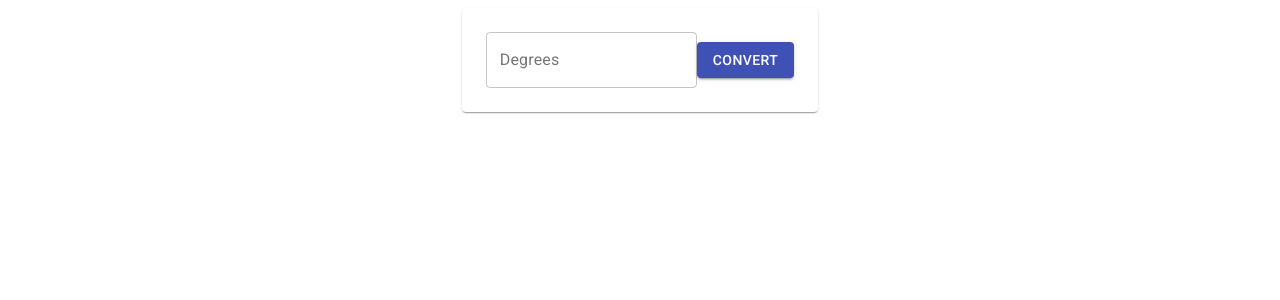
Repository: zum281/temperature-converter
Page: /
These files come from the project's save history. The page is drawn as it stood at one moment and after the next save; the edit follows.
The browser window is 1280 px wide. The pictures show the whole page.
The project was rebuilt for these pictures with package versions that can differ from the ones it lists, and the page was loaded fresh each time. Also part of the build but not shown: src/index.css.

Above is the page before, as saved 2021-07-09 13:15:56.

### public/index.html
<!DOCTYPE html>
<html lang="en">

  <head>
    <meta charset="utf-8" />
    <link rel="icon" href="%PUBLIC_URL%/favicon.ico" />
    <meta name="viewport" content="width=device-width, initial-scale=1" />
    <meta name="theme-color" content="#000000" />
    <meta name="description" content="Web site created using create-react-app" />
    <link rel="apple-touch-icon" href="%PUBLIC_URL%/logo192.png" />
    <!--
      manifest.json provides metadata used when your web app is installed on a
      user's mobile device or desktop. See https://developers.google.com/web/fundamentals/web-app-manifest/
    -->
    <link rel="manifest" href="%PUBLIC_URL%/manifest.json" />
    <!--
      Notice the use of %PUBLIC_URL% in the tags above.
      It will be replaced with the URL of the `public` folder during the build.
      Only files inside the `public` folder can be referenced from the HTML.

      Unlike "/favicon.ico" or "favicon.ico", "%PUBLIC_URL%/favicon.ico" will
      work correctly both with client-side routing and a non-root public URL.
      Learn how to configure a non-root public URL by running `npm run build`.
    -->
    <link rel="stylesheet" href="https://fonts.googleapis.com/css?family=Roboto:300,400,500,700&display=swap" />
    <title>Temperature Converter</title>
  </head>

  <body>
    <noscript>You need to enable JavaScript to run this app.</noscript>
    <div id="root"></div>
    <!--
      This HTML file is a template.
      If you open it directly in the browser, you will see an empty page.

      You can add webfonts, meta tags, or analytics to this file.
      The build step will place the bundled scripts into the <body> tag.

      To begin the development, run `npm start` or `yarn start`.
      To create a production bundle, use `npm run build` or `yarn build`.
    -->
  </body>

</html>

### src/App.js
import { makeStyles } from "@material-ui/core/styles";
import {
    Paper,
    Button,
    OutlinedInput,
    InputLabel,
    FormControl,
} from "@material-ui/core";

const useStyles = makeStyles((theme) => {
    return {
        root: {
            display: "flex",
            alignItems: "center",
            justifyContent: "center",
        },
        paper: {
            padding: theme.spacing(3),
            maxWidth: "600px",
        },
        form: {
            display: "flex",
            alignItems: "center",
            justifyContent: "center",
        },
    };
});

function App() {
    const classes = useStyles();
    return (
        <div className={classes.root}>
            <Paper className={classes.paper}>
                <form noValidate autoComplete="off" className={classes.form}>
                    <FormControl variant="outlined">
                        <InputLabel htmlFor="degrees">Degrees</InputLabel>
                        <OutlinedInput type="number" id="degrees" />
                    </FormControl>

                    <Button variant="contained" color="primary">
                        convert
                    </Button>
                </form>
            </Paper>
        </div>
    );
}

export default App;

Loaded but not shown: src/index.js (common file); src/index.css (no copy from this time; the picture is the same without it)

After the next save:
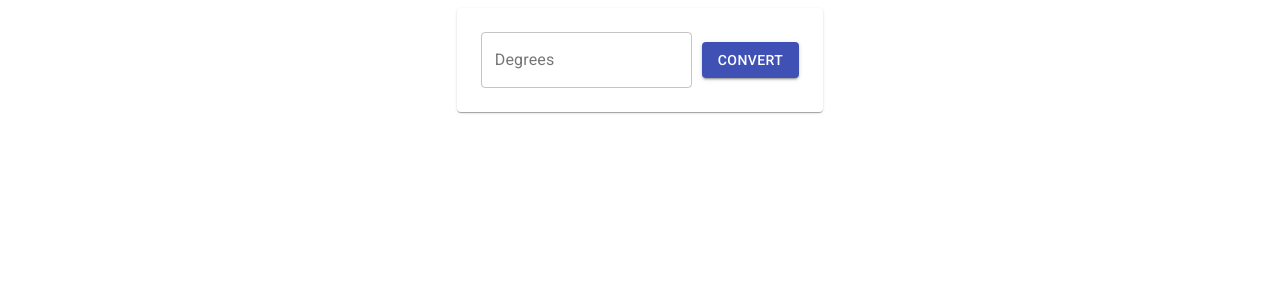
Saved 10 s later.
--- a/src/App.js
+++ b/src/App.js
@@ -22,6 +22,7 @@ const useStyles = makeStyles((theme) => {
             display: "flex",
             alignItems: "center",
             justifyContent: "center",
+            gap: "10px",
         },
     };
 });
